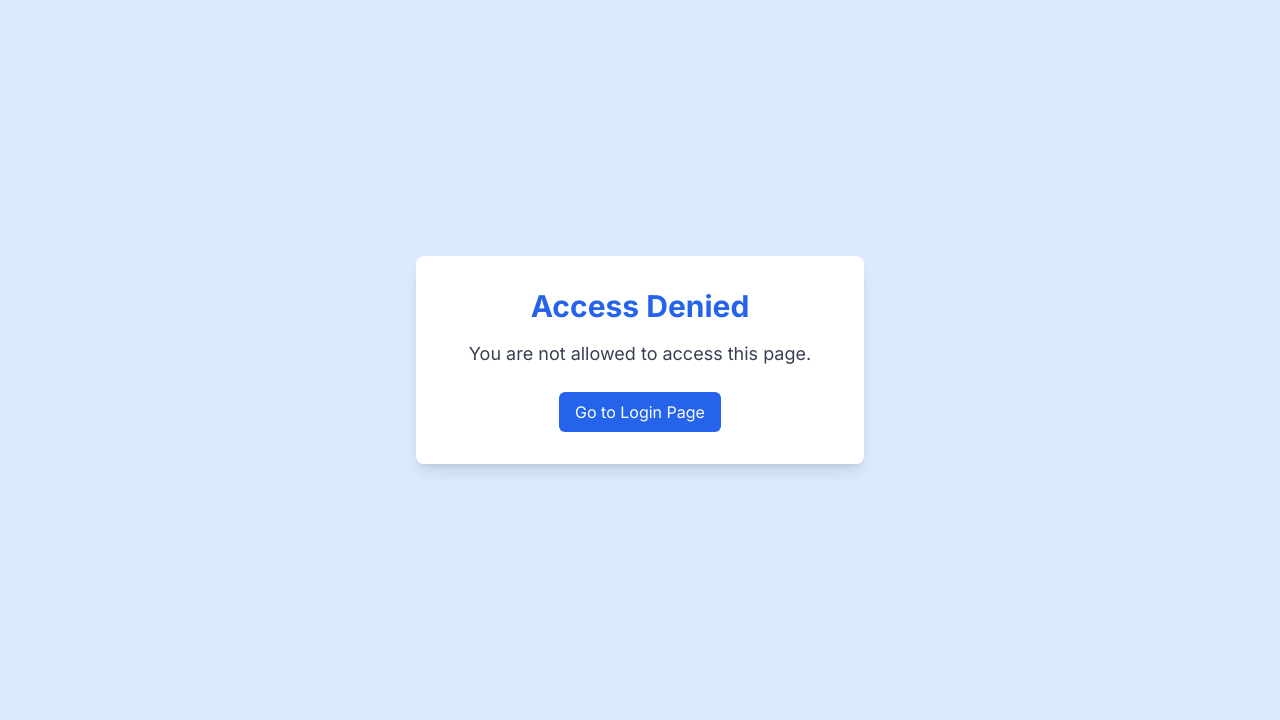
Repository: NassimeElkamari/Horizon-Housing
Page: /notAllowed
These files come from the project's save history. The page is drawn as it stood at one moment and after a run of saves; the edit follows.
The browser window is 1280 px wide. The pictures show the whole page.
The project was rebuilt for these pictures with package versions that can differ from the ones it lists, and the page was loaded fresh each time. The framework's server and built-in components were replaced by stand-ins that run in the browser. Also part of the build but not shown: next.config.mjs.

Above is the page before, as saved 2024-08-28 21:46:27.

After the next 2 saves:
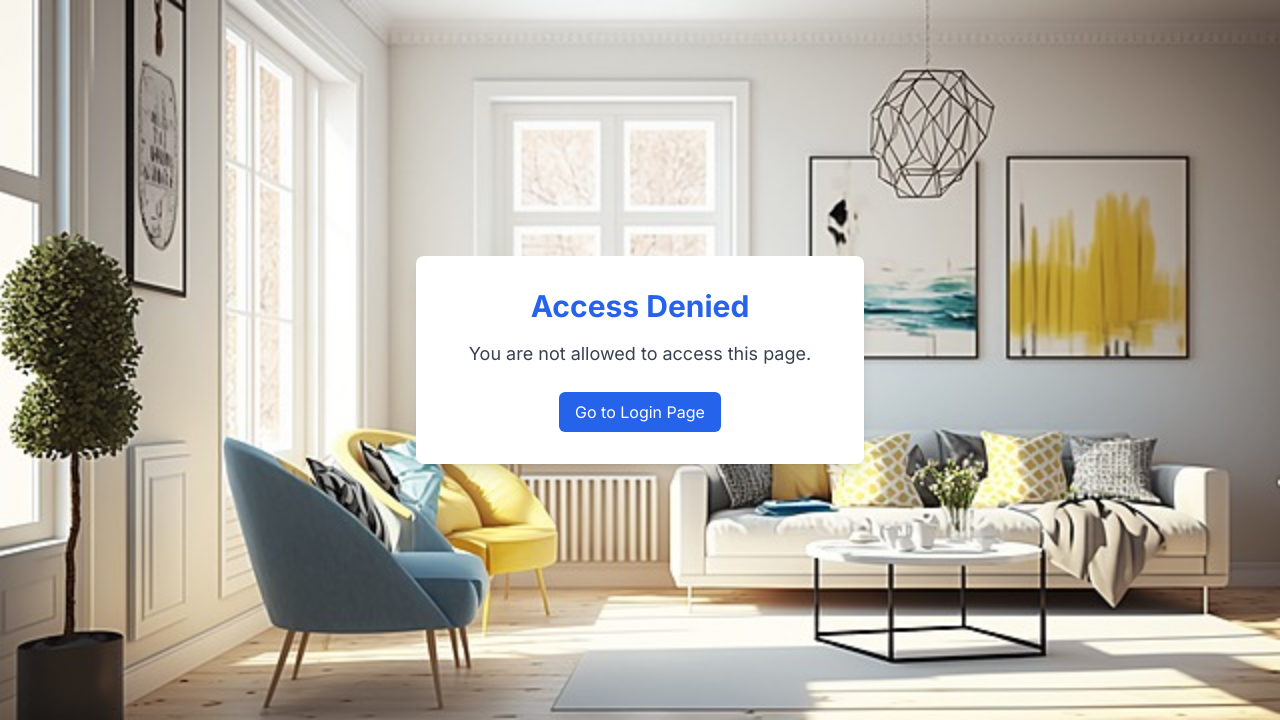
The 2 saves are shown as one change because they came seconds apart.
The last was saved 91 s later.
--- a/src/app/notAllowed/page.tsx
+++ b/src/app/notAllowed/page.tsx
@@ -10,7 +10,7 @@ const AccessDeniedPage = () => {
   };
 
   return (
-    <div className="min-h-screen bg-blue-100 flex items-center justify-center">
+    <div className="min-h-screen bg-blue-100 flex items-center justify-center bg-cover"   style={{ backgroundImage: "url('/bg2.jpg')" }}>
       <div className="bg-white p-8 rounded-lg shadow-lg w-full max-w-md text-center">
         <h1 className="text-3xl font-bold mb-4 text-blue-600">Access Denied</h1>
         <p className="text-lg mb-6 text-gray-700">You are not allowed to access this page.</p>
